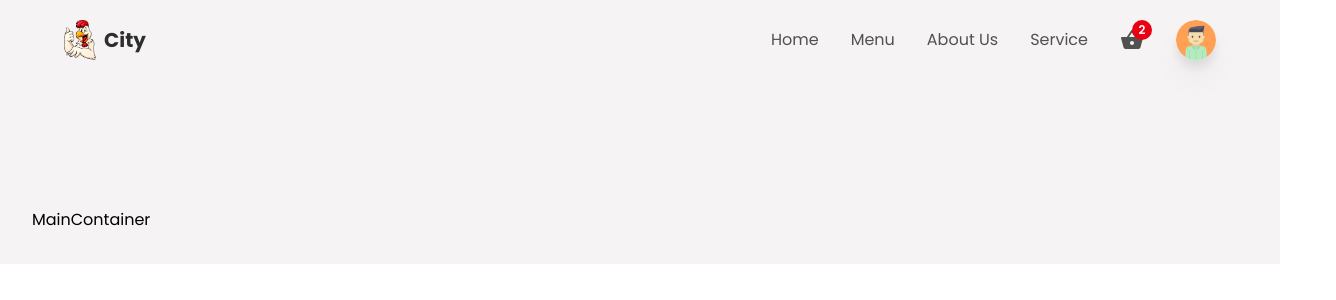
Repository: shorifuddin2/Responsive-Navbar-Redux-
Page: /
The author's editor kept a copy of each file at every save. The page is drawn from the files as they stood at one save, then again after a run of saves.
The browser window is 1280 px wide. The page is 1280 px wide, then 1336 px, so the pictures cover 1336 px, including what lies to the right of the window. The pictures show the whole page.
The project was rebuilt for these pictures with package versions that can differ from the ones it lists, and the page was loaded fresh each time. Also part of the build but not shown: src/Component/CreateContainer.jsx.

Above is the page before, as saved 2022-06-26 23:12:47.

After the next 7 saves:
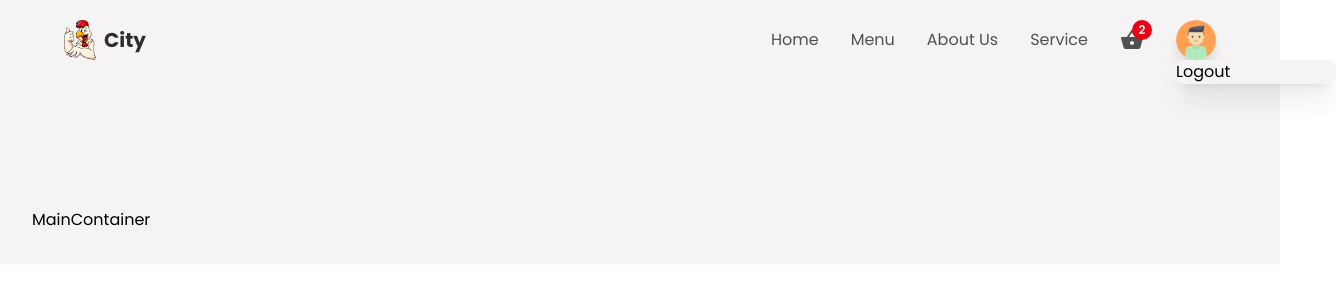
The 7 saves are shown as one change because 1 did not build or start and some came seconds apart.
The last was saved 104 s later.
--- a/src/Component/Header.jsx
+++ b/src/Component/Header.jsx
@@ -55,7 +55,8 @@ const Header = () => {
                 <motion.img whileTap={{scale: 0.6}} src={user ? user.photoURL : Avatar} className="w-10 min-w-[40px] h-10 min-h-[40px] drop-shadow-xl cursor-pointer rounded-full" alt="UserProfile" onClick={Login}/>
 
                 <div className='w-40 bg-primary shadow-xl rounded-lg flex flex-col absolute'>
-
+                    <p></p>
+                    <p>Logout</p>
                 </div>
                 </div>
                 </div>
